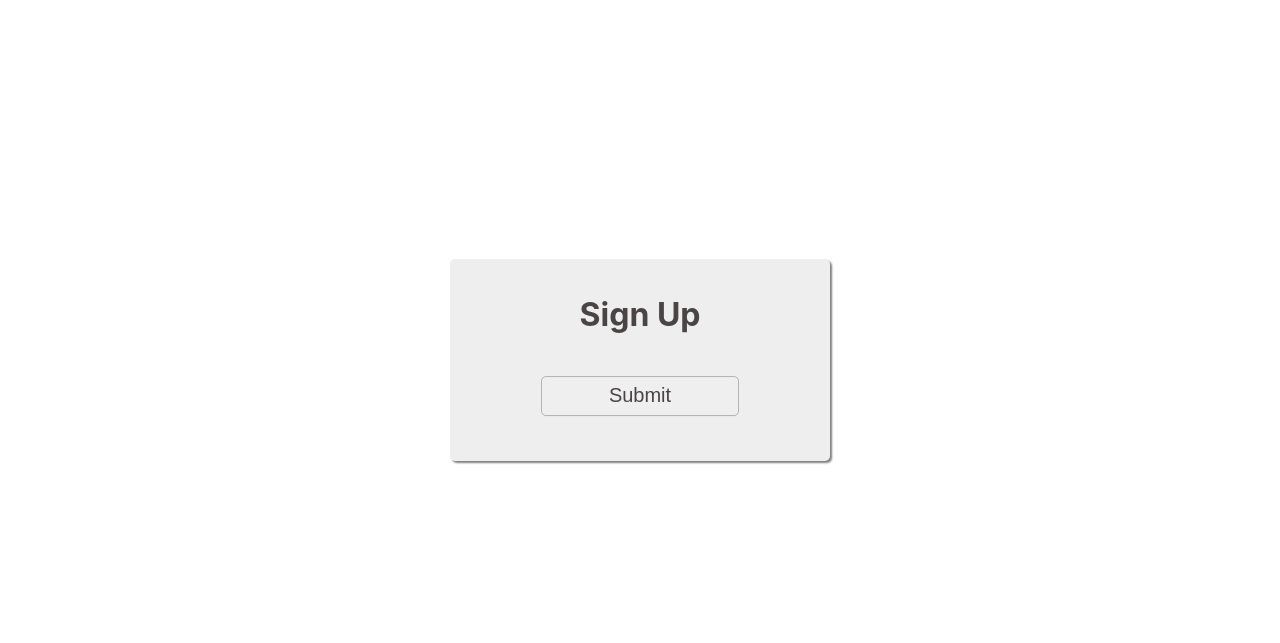
Repository: khamraeva/JSP-homework1-sighup
Page: /
These files come from the project's save history. The page is drawn as it stood at one moment and after the next save; the edit follows.
The browser window is 1280 px wide. The pictures show the whole page.
The project was rebuilt for these pictures with package versions that can differ from the ones it lists, and the page was loaded fresh each time.

Above is the page before, as saved 2020-07-22 19:33:39.

After the next save:
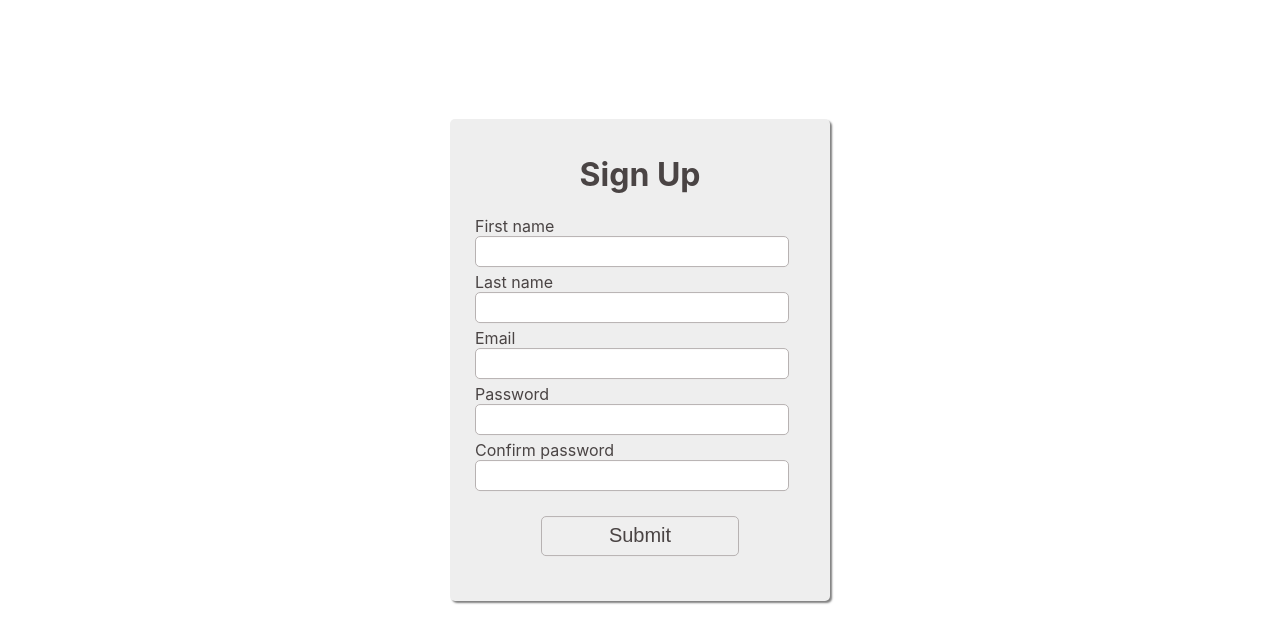
Saved 107 s later.
--- a/src/Components/SignUp/SignUp.js
+++ b/src/Components/SignUp/SignUp.js
@@ -29,10 +29,12 @@ const inputs = [
 class SignUp extends Component {
     state = {
             firstName: {
+                value: '',
                 label: 'First name',
                 type:'text'
             },
             lastName: {
+                value: '',
                 label: 'Last name',
                 type:'text'
             },
@@ -40,25 +42,25 @@ class SignUp extends Component {
                 value: '',
                 type: 'email',
                 label: 'Email',
-                errorMessage: 'Введите корректный email',
-                valid: false,
-                touched: false,
-                validation: {
-                    required: true,
-                    email: true
-                }
+                // errorMessage: 'Введите корректный email',
+                // valid: false,
+                // touched: false,
+                // validation: {
+                //     required: true,
+                //     email: true
+                // }
             },
             password: {
                 value: '',
                 type: 'Password',
                 label: 'Пароль',
-                errorMessage: 'Введите корректный пароль',
-                valid: false,
-                touched: false,
-                validation: {
-                    required: true,
-                    minLength: 6
-                },
+                // errorMessage: 'Введите корректный пароль',
+                // valid: false,
+                // touched: false,
+                // validation: {
+                //     required: true,
+                //     minLength: 6
+                // },
             confirmPassword: {
                 label: 'Confirm password',
                 type:'password'
@@ -77,8 +79,7 @@ class SignUp extends Component {
                 <form
                     onSubmit={this.submitHandler}
                     className={'signup-form'}>
-
-                 {/* {inputs.map((input, index) => {
+                 {inputs.map((input, index) => {
                         return (
                             < Input
                                 key={index}
@@ -87,7 +88,7 @@ class SignUp extends Component {
                             />
                         )
                     })
-                }    */}
+                }
                     <div className='btn-wrapper'>
                         <button>Submit</button>
                     </div>
